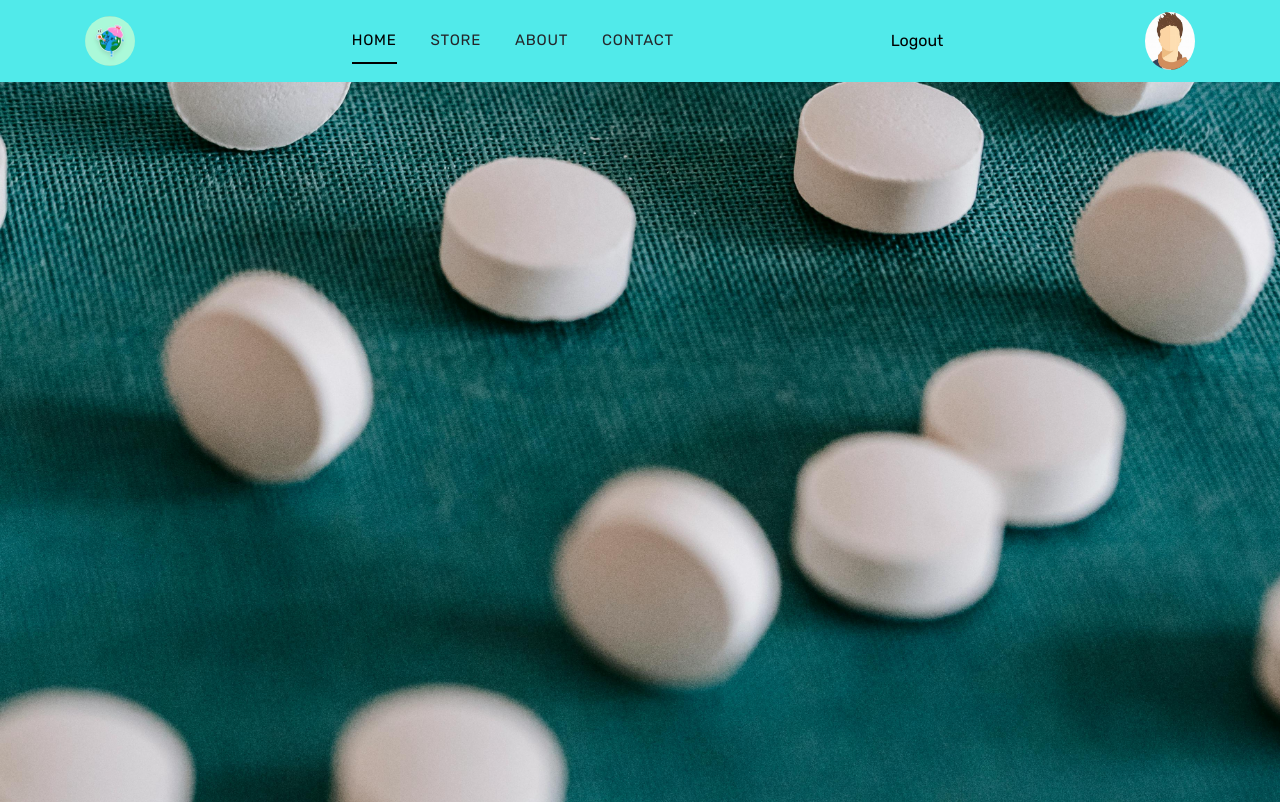
Repository: Argivist/Web-Doctor
Page: http://localhost/view/profile.php
These files come from the project's save history. The page is drawn as it stood at one moment and after the next save; the edit follows.
The browser window is 1280 px wide. The pictures show the whole page.
Some web fonts or font styles are not loaded; a fallback is used. The page is run by PHP 8.4 with error messages shown; the project is at /var/www/html/. The session is filled in as if someone had signed in: {"id": 1, "username": "Test User", "email": "test@example.com", "phone": 1, "address": 1, "role": "admin"}. Other server files are loaded and not shown.

Above is the page before, as saved 2024-02-20 18:33:57.

### view/profile.php
<?php
include "../settings/connection.php";
session_start();
?>
<!DOCTYPE html>
<html lang="en">
<head>
    <meta charset="UTF-8">
    <meta name="viewport" content="width=device-width, initial-scale=1.0">
    <title>Document</title>


    <link href="https://fonts.googleapis.com/css?family=Rubik:400,700|Crimson+Text:400,400i" rel="stylesheet">
    <link rel="stylesheet" href="fonts/icomoon/style.css">
    <link rel="stylesheet" href="../css/bootstrap.min.css">
    <link rel="stylesheet" href="../css/magnific-popup.css">
    <link rel="stylesheet" href="../css/jquery-ui.css">
    <link rel="stylesheet" href="../css/owl.carousel.min.css">
    <link rel="stylesheet" href="../css/owl.theme.default.min.css">
    <link rel="stylesheet" href="../css/style.css">
    <link rel="stylesheet" href="../css/aos.css">
</head>

<body>
    <div class="site-wrap">

        <!--Navigation Bar-->
        <div class="site-navbar bg-primary py-2">
            <div class="container">
                <div class="d-flex align-items-center justify-content-between">
                    <div class="logo">
                        <div class="site-logo">
                            <a href="home.php" class="js-logo-clone"><img src="../img/logo/logo.png"  style="width:50px; border-radius:50px;" alt="logo"/></a>
                        </div>
                    </div>
                    <div class="main-nav d-lg-block">
                        <nav class="site-navigation text-right text-md-center" role="navigation">
                            <ul class="site-menu js-clone-nav d-lg-block">
                                <li class="active"><a href="home.php">Home</a></li>
                                <li><a href="shop.php">Store</a></li>
                                <li><a href="aboutus.html">About</a></li>
                                <li><a href="contact.html">Contact</a></li>
                            </ul>
                        </nav>
                    </div>
                    <?php
                    if(isset($_SESSION['id'])){
                        echo "<div class='logout'><a href='../actions/logout.php'>Logout</a></div>";
                    }else{
                        echo "<div class='login'><a href='../login/login.php'>Sign in</a></div>";
                    }?>
                    <div class="profile">
                        <a href="
                        <?php
                        if(isset($_SESSION['id'])){
                            echo "profile.php";
                        }else{
                            echo "../login/login.php";
                        }
                        ?>
                        "><img src="
                        <?php
                            if(isset($_SESSION['id'])){
                                echo "../img/profile.jpg";
                            }else{
                                echo "../img/default_profile.jpg";
                            }
                        ?>
                        " alt="Image" class="rounded-circle" style="width:50px; border-radius:50px;"></a>
                    </div>
                </div>
            </div>
        </div>

        <!--Main Content-->
        <!--Image By: Photo by Alex Green: https://www.pexels.com/photo/pile-of-white-spilled-pills-5699514/-->
        <div class="site-blocks-cover" style="background-image: url('../img/background/pharmacy_1.jpg');">
      <div class="container">
        <div class="row">
          <div class="col-lg-7 mx-auto order-lg-2 align-self-center">
            <div class="site-block-cover-content text-center">
             <!--Profile page-->

            </div>
          </div>
        </div>
      </div>
    </div>
</body>

</html>

### settings/connection.php
<?php
$server="localhost:3307";
$user="root";
$passwd="root";
$db="webdoc";

$conn=mysqli_connect($server,$user,$passwd,$db) or die("Connection failed :: ".$conn->error);
?>

Loaded but not shown: css/bootstrap.min.css (library); css/magnific-popup.css (library); css/jquery-ui.css (library); css/owl.carousel.min.css (common file); css/owl.theme.default.min.css (common file); css/aos.css (library); css/style.css (1125 lines, source omitted)

After the next save:
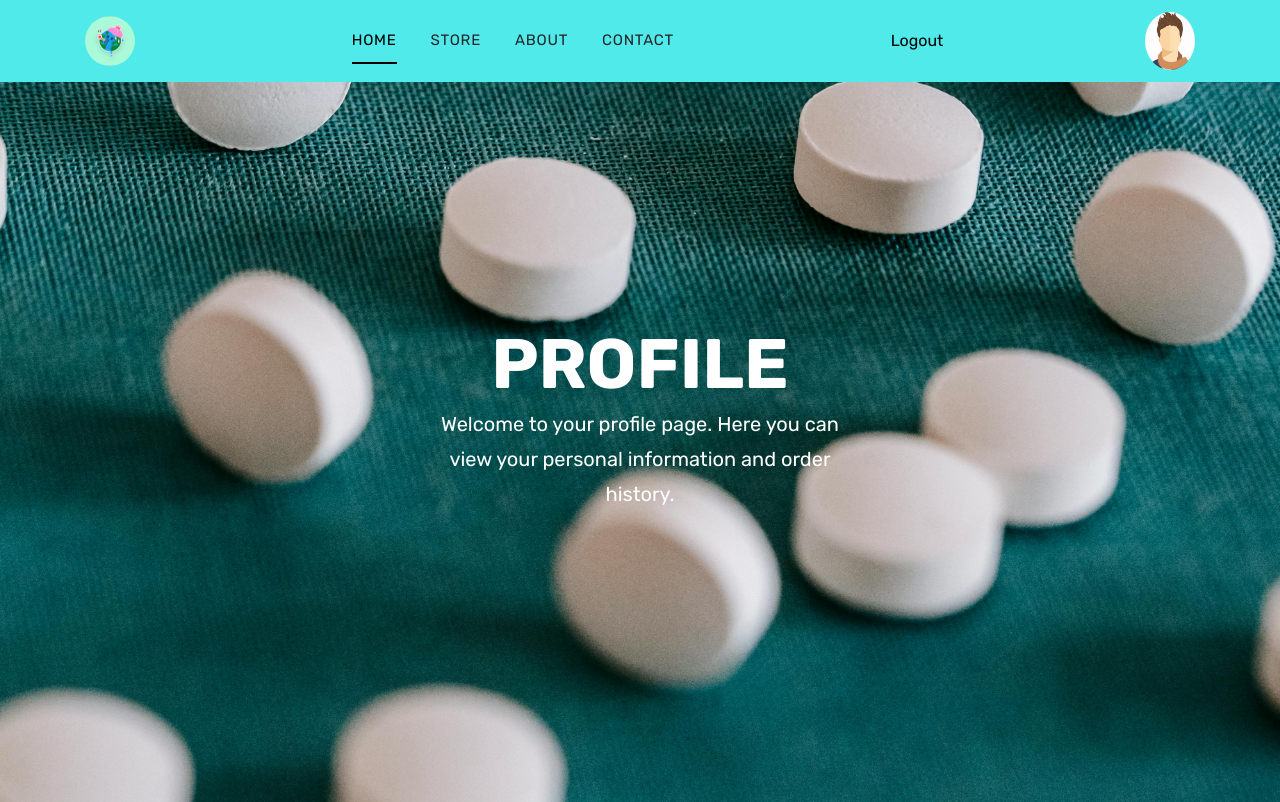
Saved 15 s later.
--- a/view/profile.php
+++ b/view/profile.php
@@ -80,7 +80,12 @@ session_start();
           <div class="col-lg-7 mx-auto order-lg-2 align-self-center">
             <div class="site-block-cover-content text-center">
              <!--Profile page-->
-
+                <h1 class="mb-0">Profile</h1>
+                <div class="row justify-content-center">
+                    <div class="col-lg-8">
+                    <p class="lead mb-5">Welcome to your profile page. Here you can view your personal information and order history.</p>
+                    </div>
+                </div>
             </div>
           </div>
         </div>
